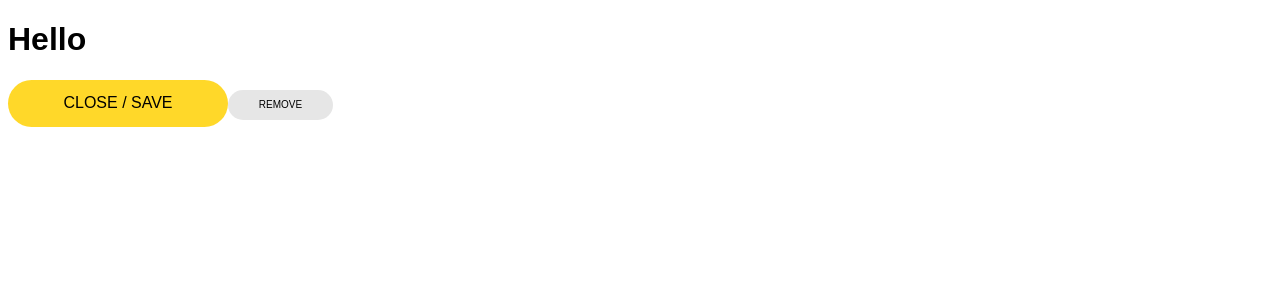
Repository: hanss007/fav-note
Page: /
The author's editor kept a copy of each file at every save. The page is drawn from the files as they stood at one save, then again after the next save.
The browser window is 1280 px wide. The pictures show the whole page.
The project was rebuilt for these pictures with package versions that can differ from the ones it lists, and the page was loaded fresh each time.

Above is the page before, as saved 2020-11-19 10:46:46.

After the next save:
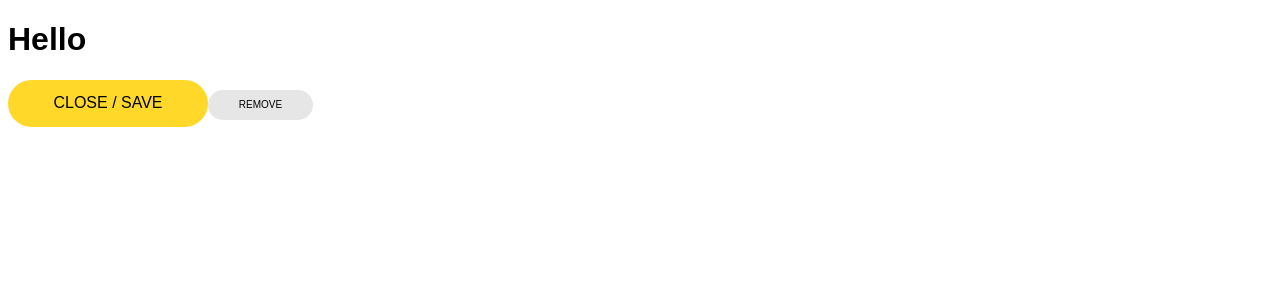
Saved 60 s later.
--- a/src/components/atoms/Button/Button.js
+++ b/src/components/atoms/Button/Button.js
@@ -2,8 +2,8 @@
 
 const Button = styled.button`
   padding: 0;
-  background-color: ${(props) => props.theme.primary};
-  width: ${({ width }) => width || '220px'};
+  background-color: ${({ theme }) => theme.primary};
+  width: 200px;
   height: 47px;
   border: none;
   border-radius: 50px;

After the save that followed:
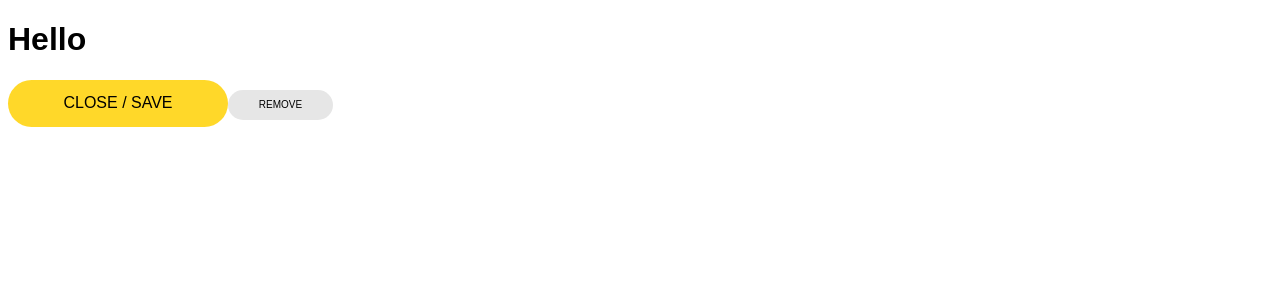
Saved 6 s later.
--- a/src/components/atoms/Button/Button.js
+++ b/src/components/atoms/Button/Button.js
@@ -3,7 +3,7 @@
 const Button = styled.button`
   padding: 0;
   background-color: ${({ theme }) => theme.primary};
-  width: 200px;
+  width: 220px;
   height: 47px;
   border: none;
   border-radius: 50px;
